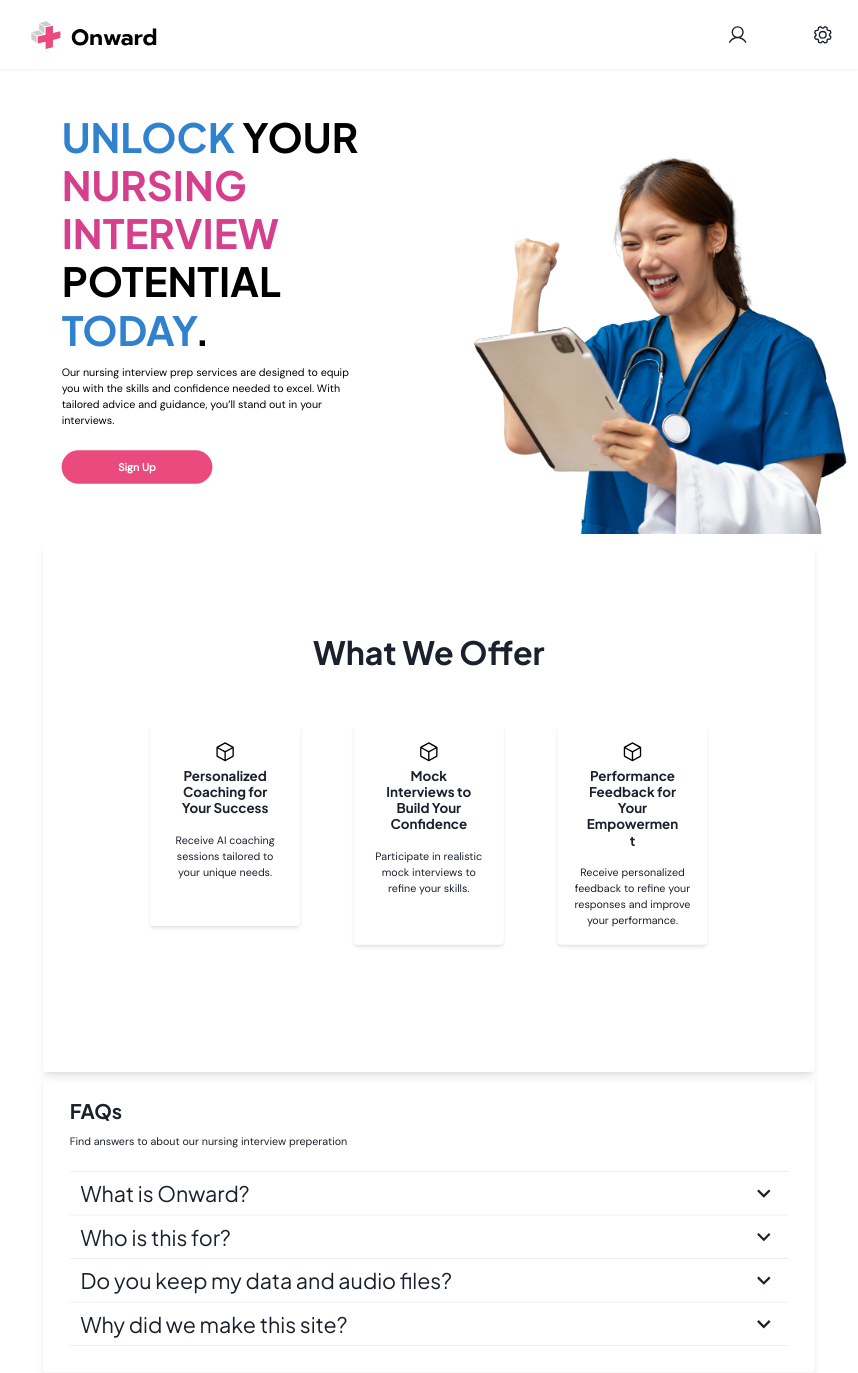
Repository: Aladdin3r/onward
Page: /landing-page
These files come from the project's save history. The page is drawn as it stood at one moment and after the next save; the edit follows.
The browser window is 1280 px wide. The pictures show the whole page, at 67% of full size.
The project was rebuilt for these pictures with package versions that can differ from the ones it lists, and the page was loaded fresh each time. The framework's server and built-in components were replaced by stand-ins that run in the browser. Also part of the build but not shown: next.config.mjs, styles/components/AppTopNav.js, styles/components/Layout.js.

Above is the page before, as saved 2024-10-29 03:09:39.

### pages/_app.js
import { ChakraProvider } from "@chakra-ui/react";
import theme from "@/styles/theme";

function MyApp({ Component, pageProps }) {
  return (
    <ChakraProvider theme={theme}>
      <Component {...pageProps} />
    </ChakraProvider>
  );
}

export default MyApp;

### pages/_document.js
import { Html, Head, Main, NextScript } from "next/document";

export default function Document() {
  return (
    <Html lang="en">
      <Head>
        <link
          href="https://fonts.googleapis.com/css2?family=DM+Sans:wght@400&family=Plus+Jakarta+Sans:wght@400;600;700&display=swap"
          rel="stylesheet"
        />
      </Head>
      <body>
        <Main />
        <NextScript />
      </body>
    </Html>
  );
}

### pages/landing-page.js
import {
    Box,
    Flex,
    Heading,
    Text,
    Stack,
    Button,
    Accordion,
    AccordionItem,
    AccordionButton,
    AccordionPanel,
    AccordionIcon,
    Image
} from "@chakra-ui/react";
import Layout from "@/styles/components/Layout";
import TopNav from "@/styles/components/TopNav";
import AppTopNav from "@/styles/components/AppTopNav";
import { useRouter } from 'next/router';

export default function Home() {
    const router = useRouter();

    // Button action function
    const handleSignUp = () => {
        router.push('/signup'); // Navigate to the sign-up page
    };

    return (
        <>
            {/* Hero Section */}
            <TopNav />

            <Flex //hero card
                p={3}
                width="100%"
                mb={0}
                flexDirection="row"
                alignItems="center"
                justifyContent="space-between"
                gap="2rem"  // Adds a gap between text and image
            >

                <Flex //left text
                    flexDirection="column" zIndex={1}
                    ml="20"
                >
                    <Heading
                        fontFamily="heading"
                        fontSize="6xl"
                        fontWeight="bold"
                        width="88%"
                        mb={4}
                    >
                        <Text as="span" color="blue.500">UNLOCK </Text>
                        <Text as="span" color="black">YOUR </Text>
                        <Text as="span" color="pink.500">NURSING INTERVIEW </Text>
                        <Text as="span" color="black">POTENTIAL </Text>
                        <Text as="span" color="blue.500">TODAY</Text>
                        <Text as="span" color="black">. </Text>
                    </Heading>
                    <Text fontFamily="body" fontSize="x" color="black" mb={6} width="78%">
                        Our nursing interview prep services are designed to equip you with the skills and confidence needed to excel. With tailored advice and guidance, you’ll stand out in your interviews.
                    </Text>
                    <Button
                        mt="2"
                        bg="#EA4A7D"
                        color="#FFFFFF"
                        width="50%"
                        height="50px"
                        maxW="225px"
                        fontWeight="semibold"
                        fontSize="16px"
                        borderRadius="full"
                        px="6"
                        mb="6"
                    >
                        Sign Up
                    </Button>
                </Flex>

                <Box width="45%" flexShrink={0}>
                    <Image
                        src="/images/ipad-nurse.png"
                        alt="IPad Nurse"
                        width="100%"
                        height="auto"
                        objectFit="cover"

                    />
                </Box>

            </Flex>



            {/* What We Offer Section */}
            <Box p={40} textAlign="center" borderRadius="md" boxShadow="lg" maxW="90%" mx="auto" >
                <Heading fontFamily="heading" fontSize="5xl" mb={20} mt={-25}>What We Offer</Heading>
                <Flex justify="center" gap={20} mb={30}>
                    <Stack width="300px" height="300px" borderRadius="md" boxShadow="md" p={6} textAlign="center" alignItems="center">
                        <svg xmlns="http://www.w3.org/2000/svg" width="32" height="32" fill="#000000" viewBox="0 0 256 256"><path d="M223.68,66.15,135.68,18h0a15.88,15.88,0,0,0-15.36,0l-88,48.17a16,16,0,0,0-8.32,14v95.64a16,16,0,0,0,8.32,14l88,48.17a15.88,15.88,0,0,0,15.36,0l88-48.17a16,16,0,0,0,8.32-14V80.18A16,16,0,0,0,223.68,66.15ZM128,32h0l80.34,44L128,120,47.66,76ZM40,90l80,43.78v85.79L40,175.82Zm96,129.57V133.82L216,90v85.78Z"></path></svg>
                        <Heading width="80%" fontFamily="heading" fontSize="xl" mb={4}>Personalized Coaching for Your Success</Heading>
                        <Text fontFamily="body">
                            Receive AI coaching sessions tailored to your unique needs.
                        </Text>
                    </Stack>
                    <Stack width="300px" borderRadius="md" boxShadow="md" p={6} textAlign="center" alignItems="center">
                        <svg xmlns="http://www.w3.org/2000/svg" width="32" height="32" fill="#000000" viewBox="0 0 256 256"><path d="M223.68,66.15,135.68,18h0a15.88,15.88,0,0,0-15.36,0l-88,48.17a16,16,0,0,0-8.32,14v95.64a16,16,0,0,0,8.32,14l88,48.17a15.88,15.88,0,0,0,15.36,0l88-48.17a16,16,0,0,0,8.32-14V80.18A16,16,0,0,0,223.68,66.15ZM128,32h0l80.34,44L128,120,47.66,76ZM40,90l80,43.78v85.79L40,175.82Zm96,129.57V133.82L216,90v85.78Z"></path></svg>
                        <Heading width="80%" fontFamily="heading" fontSize="xl" mb={4}>Mock Interviews to Build Your Confidence</Heading>
                        <Text fontFamily="body">
                            Participate in realistic mock interviews to refine your skills.
                        </Text>
                    </Stack>
                    <Stack width="300px" borderRadius="md" boxShadow="md" p={6} textAlign="center" alignItems="center">
                        <svg xmlns="http://www.w3.org/2000/svg" width="32" height="32" fill="#000000" viewBox="0 0 256 256"><path d="M223.68,66.15,135.68,18h0a15.88,15.88,0,0,0-15.36,0l-88,48.17a16,16,0,0,0-8.32,14v95.64a16,16,0,0,0,8.32,14l88,48.17a15.88,15.88,0,0,0,15.36,0l88-48.17a16,16,0,0,0,8.32-14V80.18A16,16,0,0,0,223.68,66.15ZM128,32h0l80.34,44L128,120,47.66,76ZM40,90l80,43.78v85.79L40,175.82Zm96,129.57V133.82L216,90v85.78Z"></path></svg>
                        <Heading width="80%" fontFamily="heading" fontSize="xl" mb={4}>Performance Feedback for Your Empowerment</Heading>
                        <Text fontFamily="body">
                            Receive personalized feedback to refine your responses and improve your performance.
                        </Text>
                    </Stack>
                </Flex>
            </Box>

            {/* FAQ Section */}
            <Box p={10} borderRadius="md" boxShadow="lg" maxW="90%" mx="auto">
                <Heading fontFamily="heading" fontSize="3xl" textAlign="left" mb={4}>FAQs</Heading>
                <Text fontFamily="body" fontSize="s" textAlign="left" mb={8}>
                    Find answers to about our nursing interview preperation
                </Text>
                <Accordion allowToggle>
                    <AccordionItem>
                        <h2>
                            <AccordionButton>
                                <Box as="span" flex="1" textAlign="left" fontFamily="heading">What is Onward?</Box>
                                <AccordionIcon />
                            </AccordionButton>
                        </h2>
                        <AccordionPanel pb={4} fontFamily="body">
                            Onward is an AI-powered personal interview coach designed for nurses to enhance their job interview skills.
                        </AccordionPanel>
                    </AccordionItem>
                    <AccordionItem>
                        <h2>
                            <AccordionButton>
                                <Box as="span" flex="1" textAlign="left" fontFamily="heading">Who is this for?</Box>
                                <AccordionIcon />
                            </AccordionButton>
                        </h2>
                        <AccordionPanel pb={4} fontFamily="body">
                            This service is designed for nurses, especially those new to the Canadian healthcare system.
                        </AccordionPanel>
                    </AccordionItem>
                    <AccordionItem>
                        <h2>
                            <AccordionButton>
                                <Box as="span" flex="1" textAlign="left" fontFamily="heading">Do you keep my data and audio files?</Box>
                                <AccordionIcon />
                            </AccordionButton>
                        </h2>
                        <AccordionPanel pb={4} fontFamily="body">
                            Yes, we securely store data as per our privacy policy to enhance your interview coaching experience.
                        </AccordionPanel>
                    </AccordionItem>
                    <AccordionItem>
                        <h2>
                            <AccordionButton>
                                <Box as="span" flex="1" textAlign="left" fontFamily="heading">Why did we make this site?</Box>
                                <AccordionIcon />
                            </AccordionButton>
                        </h2>
                        <AccordionPanel pb={4} fontFamily="body">
                            Onward aims to empower nurses by providing interview preparation tools tailored to their needs.
                        </AccordionPanel>
                    </AccordionItem>
                </Accordion>
            </Box>
        </>
    );
}

### styles/theme.js
import { extendTheme } from "@chakra-ui/react";
import { theme as chakraTheme } from "@chakra-ui/react";
import Button from './components/Button';
import { Stepper } from "@chakra-ui/react";

const fonts = {
    ...chakraTheme.fonts,
    body: "DM Sans",
    heading: "Plus Jakarta Sans",
}

const overrides = {
    ...chakraTheme,
    fonts,
    components: {
        Button: {
            ...Button,
        },
    },
    fontWeights: {
        normal: 400,
        medium: 500,
        bold: 700,
    },
    fontSizes: {
        xxs: "14pt",
        xs: "16pt",
        sm: "20pt",
        md: "24pt",
        lg: "32pt",
    },
    colors: {
       brand: {
        blushPink: "#EA4A7D",
        pastelBlue: "#CBD5FF",
        blueberryCreme: "#EBEFFF",
        frostWhite: "#FAFAFA",
        nightBlack: "#1f1f1f",
        platinum: "#e2e2e2",
        confirmationGreen: "#61CD3D",
        imperialRed: "EA4A4D",
        canaryYellow: "#EAE84A",
        oceanBlue: "#214DDF",
        pureWhite: "#FFFFFF"
        }
    },
    styles: {
        global: {
            body: {
                bg: "frostWhite",
            },
        },
    },
}

const customTheme = extendTheme(overrides);

export default customTheme;

### styles/components/TopNav.js
'use client'
import {
    Box,
    Flex,
    useColorModeValue,
    IconButton,
    Image,
    Link,
} from "@chakra-ui/react";
import { User, Gear } from "@phosphor-icons/react";

export default function TopNav() {
    const bgColor = useColorModeValue('#fff', 'brand.nightBlack');

    return (
        <Box bg={bgColor} px={4} borderBottom="1px solid #E6EAF2">
            <Flex h={"104px"} alignItems={'center'} justifyContent={'space-between'}>
                <Box fontSize={{ base: 'md', md: 'lg' }}>
                    <Link href="/">
                        <Image src="logo.svg" boxSize="253px" alt="Onward Logo" style={{ padding: "30px" }} />
                    </Link>
                </Box>
                <Flex alignItems={'center'}>
                    <Link href="/user">
                        <IconButton
                            aria-label="User settings"
                            icon={<User />}
                            variant="ghost"
                            mr="55px"
                        />
                    </Link>
                    <Link href="/settings">
                        <IconButton
                            aria-label="Settings"
                            icon={<Gear />}
                            variant="ghost"
                        />
                    </Link>
                </Flex>
            </Flex>
        </Box>
    );
}

### styles/components/Button.js
const Button = {
    baseStyle: {
      display: 'flex',
      borderRadius: '999px',
      fontFamily: 'DM Sans',
      _hover: {
        boxShadow: '0px 4px 4px 0px rgba(0, 0, 0, 0.45)',
      },
      padding: 3,
    },
    sizes: {
      xs: {
        fontSize: ['12pt', '14pt', '16pt'], // Responsive font sizes for xs
        px: [2, 3], // Responsive padding
      },
      sm: {
        fontSize: ['14pt', '16pt', '20pt'],
        px: [2, 4],
      },
      md: {
        fontSize: ['16pt', '20pt', '24pt'],
        px: [3, 5],
      },
      lg: {
        fontSize: ['20pt', '28pt', '32pt'],
        px: [4, 6],
      },
    },
    variants: {
      lgPrimary: {
        bg: 'brand.blushPink',
        color: 'brand.frostWhite',
        width: ['100%', '325px'], // 100% width on smaller screens
        height: '72px',
        fontSize: ['20pt', '28pt', '32pt'], // Responsive font size
        borderRadius: '999px',
      },
      mdPrimary: {
        bg: 'brand.blushPink',
        color: 'brand.frostWhite',
        width: ['100%', '225px'],
        height: '72px',
        fontSize: ['16pt', '20pt', '24pt'],
        borderRadius: '999px',
      },
      smPrimary: {
        bg: 'brand.blushPink',
        color: 'brand.frostWhite',
        width: ['100%', '150px'],
        height: '64px',
        fontSize: ['14pt', '16pt', '20pt'],
        borderRadius: '999px',
      },
      xsPrimary: {
        bg: 'brand.blushPink',
        color: 'brand.frostWhite',
        width: ['100%', '117px'],
        height: '32px',
        fontSize: ['12pt', '14pt', '18pt'],
        borderRadius: '999px',
      },
      lgSecondary: {
        bg: 'brand.platinum',
        color: 'brand.nightBlack',
        width: ['100%', '325px'],
        height: '72px',
        fontSize: ['20pt', '28pt', '32pt'],
        borderRadius: '999px',
        _hover: {
          bg: 'brand.blushPink',
          color: 'brand.frostWhite',
          boxShadow: '0px 4px 4px 0px rgba(0, 0, 0, 0.45)',
        },
      },
      mdSecondary: {
        bg: 'brand.platinum',
        color: 'brand.nightBlack',
        width: ['100%', '225px'],
        height: '72px',
        fontSize: ['16pt', '20pt', '24pt'],
        borderRadius: '999px',
        _hover: {
          bg: 'brand.blushPink',
          color: 'brand.frostWhite',
          boxShadow: '0px 4px 4px 0px rgba(0, 0, 0, 0.45)',
        },
      },
      smSecondary: {
        bg: 'brand.platinum',
        color: 'brand.nightBlack',
        width: ['100%', '150px'],
        height: '64px',
        fontSize: ['14pt', '16pt', '20pt'],
        borderRadius: '999px',
        _hover: {
          bg: 'brand.blushPink',
          color: 'brand.frostWhite',
          boxShadow: '0px 4px 4px 0px rgba(0, 0, 0, 0.45)',
        },
      },
      xsSecondary: {
        bg: 'brand.platinum',
        color: 'brand.nightBlack',
        width: ['100%', '117px'],
        height: '32px',
        fontSize: ['12pt', '14pt', '18pt'],
        borderRadius: '999px',
        _hover: {
          bg: 'brand.blushPink',
          color: 'brand.frostWhite',
          boxShadow: '0px 4px 4px 0px rgba(0, 0, 0, 0.45)',
        },
      },
    },
  };

  export default Button;

### styles/components/SideNav.js
import { useState } from "react";
import PropTypes from "prop-types";
import Link from "next/link";
import { Box, Flex, Text, VStack, Image } from "@chakra-ui/react";
import { ChalkboardTeacher, ClockCounterClockwise, UserSound, Presentation, User, Gear } from "@phosphor-icons/react";

// Define each variant and associated icon, label, and path(s)
const variants = {
  default: {
    label: "Dashboard",
    icon: <UserSound size={32} />,
    path: "/"
  },
  variant2: {
    label: "Mock Interview",
    icon: <ChalkboardTeacher size={32} />,
    path: "/mock-interview"
  },
  variant3: {
    label: "Practice Interview",
    icon: <Presentation size={32} />,
    path: [
      "/practice-interview",
      "/practice-interview-filter",
      "/practice-interview-questions",
      "/practice-interview-answer",
      "/practice"
    ]
  },
  variant4: {
    label: "History",
    icon: <ClockCounterClockwise size={32} />,
    path: "/history"
  },
};

// Define the bottom section items with default values
const defaultBottomVariants = {
  account: {
    label: "Account",
    icon: <User size={18} />,
    path: "/account"
  },
  settings: {
    label: "Settings",
    icon: <Gear size={18} />,
    path: "/settings"
  },
  signOut: {
    label: "Sign Out",
    icon: null,
    path: "/"
  }
};

// Main SideNavBar component
export const SideNavBar = ({ activeVariant, bottomVariants = defaultBottomVariants }) => {
  return (
    <Flex
      bg="brand.blueberryCreme"
      height="100vh"
      width="280px"
      position="fixed"
      flexDir="column"
    >
      {/* logo box */}
      <Box fontSize={{ base: 'sm', md: 'md' }} mt="1rem">
        <Link href="/">
          <Image src="logo.svg" alt="Onward Logo" style={{ padding: "0.6rem" }} width="100%" />
        </Link>
      </Box>

      {/* nav menu */}
      <Box mt="1.5rem" overflow="hidden">
        <VStack align="flex-start" spacing={2} width="100%" ml="10%">
          {variants && Object.keys(variants).map((variant) => {
            const isActive = activeVariant === variant;
            return (
              <Link href={Array.isArray(variants[variant].path) ? variants[variant].path[0] : variants[variant].path} key={variant} passHref>
                <Flex
                  align="center"
                  cursor="pointer"
                  width="280px"
                  bg={isActive ? "brand.blushPink" : "none"} // Active background
                  color={isActive ? "brand.frostWhite" : "initial"} // Active text color
                  p={3}
                  borderLeftRadius="26px"
                  transition="transform 0.5s ease-in-out, background-color 0.4s, color 0.4s"
                  _hover={{
                    bg: "brand.blushPink",
                    color: "brand.frostWhite",
                    borderRadius: "26px 0 0 26px",
                    transition: "background-color 0.3s, transform 0.3s",
                  }}
                >
                  <Box pl={isActive ? "5rem" : 0} mr={4}>
                    {variants[variant].icon}
                  </Box>
                  <Text fontFamily="body" fontSize="18px" fontWeight="bold">
                    {variants[variant].label}
                  </Text>
                </Flex>
              </Link>
            );
          })}
        </VStack>
      </Box>

      {/* Bottom Section for Account, Settings, and Sign Out Links */}
      <Box mb={2} mt="13rem" width="100%">
        <VStack width="100%" align="flex-end">
          {bottomVariants && Object.keys(bottomVariants).map((variant) => {
            const isActive = activeVariant === variant;
            return (
              <Link
                href={bottomVariants[variant].path}
                key={variant}
                passHref
              >
                <Flex
                  align="center"
                  cursor="pointer"
                  width="100%"
                  height="1.3rem"
                  bg={isActive ? "brand.blushPink" : "none"} // Active background
                  color={isActive ? "brand.frostWhite" : "initial"} // Active text color
                  borderRadius="md"
                  pr="1.5rem"
                  transition="transform 0.3s ease-in-out, background-color 0.3s, color 0.3s"
                  _hover={{
                    color: "brand.blushPink",
                    borderRadius: "26px 0 0 26px",
                    transition: "background-color 0.3s, transform 0.3s",
                  }}
                >

                  <Box mr={3}>
                    {bottomVariants[variant].icon}
                  </Box>
                  <Text fontFamily="body" fontSize="18px" fontWeight="regular" textAlign="left"
                    textDecoration={variant === 'signOut' ? 'underline' : 'none'}
                  >
                    {bottomVariants[variant].label}
                  </Text>
                </Flex>
              </Link>
            );
          })}
        </VStack>
      </Box>
    </Flex>
  );
};

SideNavBar.propTypes = {
  activeVariant: PropTypes.oneOf(["variant4", "variant2", "variant3", "default"]),
  bottomVariants: PropTypes.object, // Define bottomVariants as an optional object
};

SideNavBar.defaultProps = {
  bottomVariants: {},
};

After the next save:
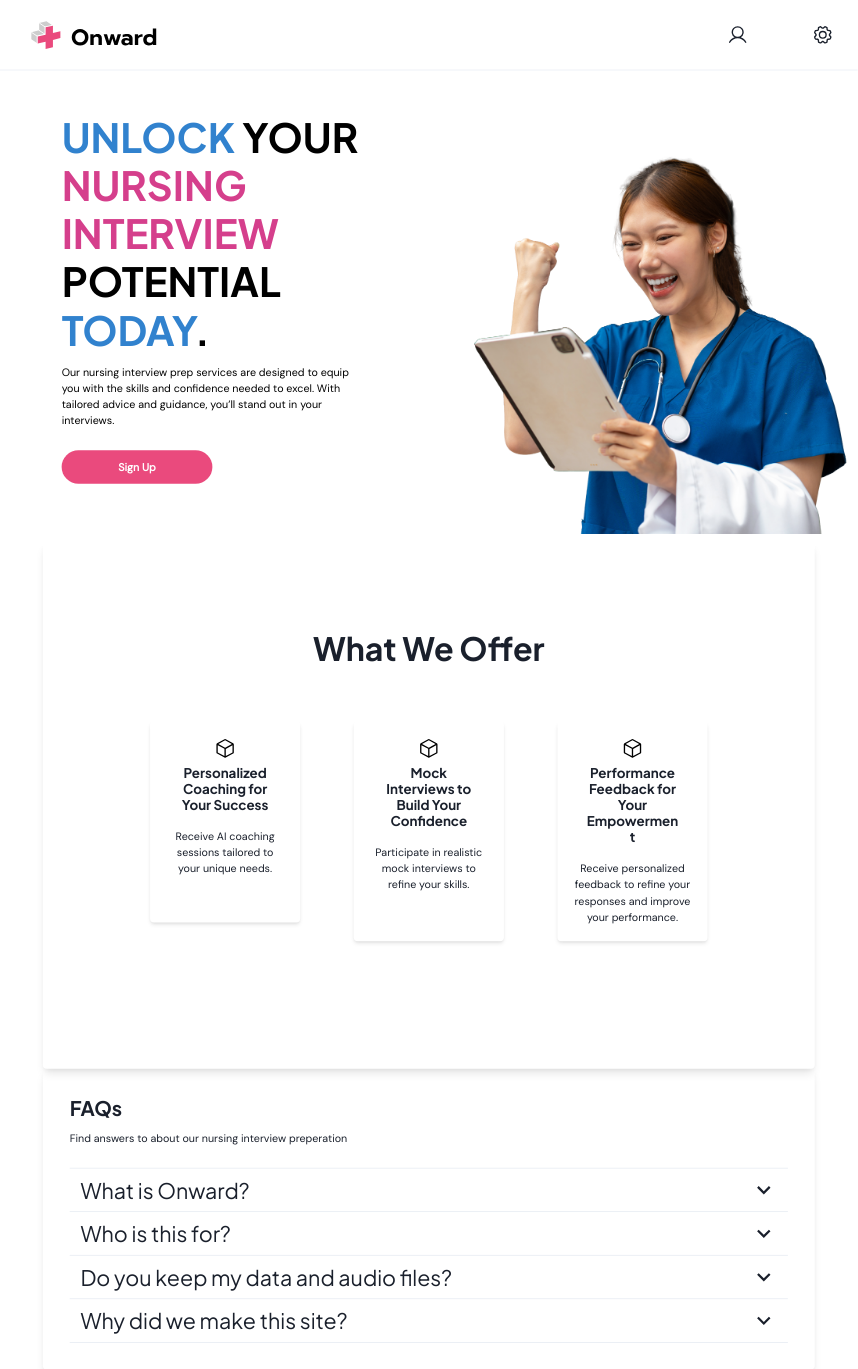
Saved 4 s later.
--- a/pages/landing-page.js
+++ b/pages/landing-page.js
@@ -95,7 +95,7 @@ export default function Home() {
 
             {/* What We Offer Section */}
             <Box p={40} textAlign="center" borderRadius="md" boxShadow="lg" maxW="90%" mx="auto" >
-                <Heading fontFamily="heading" fontSize="5xl" mb={20} mt={-25}>What We Offer</Heading>
+                <Heading fontFamily="heading" fontSize="5xl" mb={20} mt={-30}>What We Offer</Heading>
                 <Flex justify="center" gap={20} mb={30}>
                     <Stack width="300px" height="300px" borderRadius="md" boxShadow="md" p={6} textAlign="center" alignItems="center">
                         <svg xmlns="http://www.w3.org/2000/svg" width="32" height="32" fill="#000000" viewBox="0 0 256 256"><path d="M223.68,66.15,135.68,18h0a15.88,15.88,0,0,0-15.36,0l-88,48.17a16,16,0,0,0-8.32,14v95.64a16,16,0,0,0,8.32,14l88,48.17a15.88,15.88,0,0,0,15.36,0l88-48.17a16,16,0,0,0,8.32-14V80.18A16,16,0,0,0,223.68,66.15ZM128,32h0l80.34,44L128,120,47.66,76ZM40,90l80,43.78v85.79L40,175.82Zm96,129.57V133.82L216,90v85.78Z"></path></svg>
